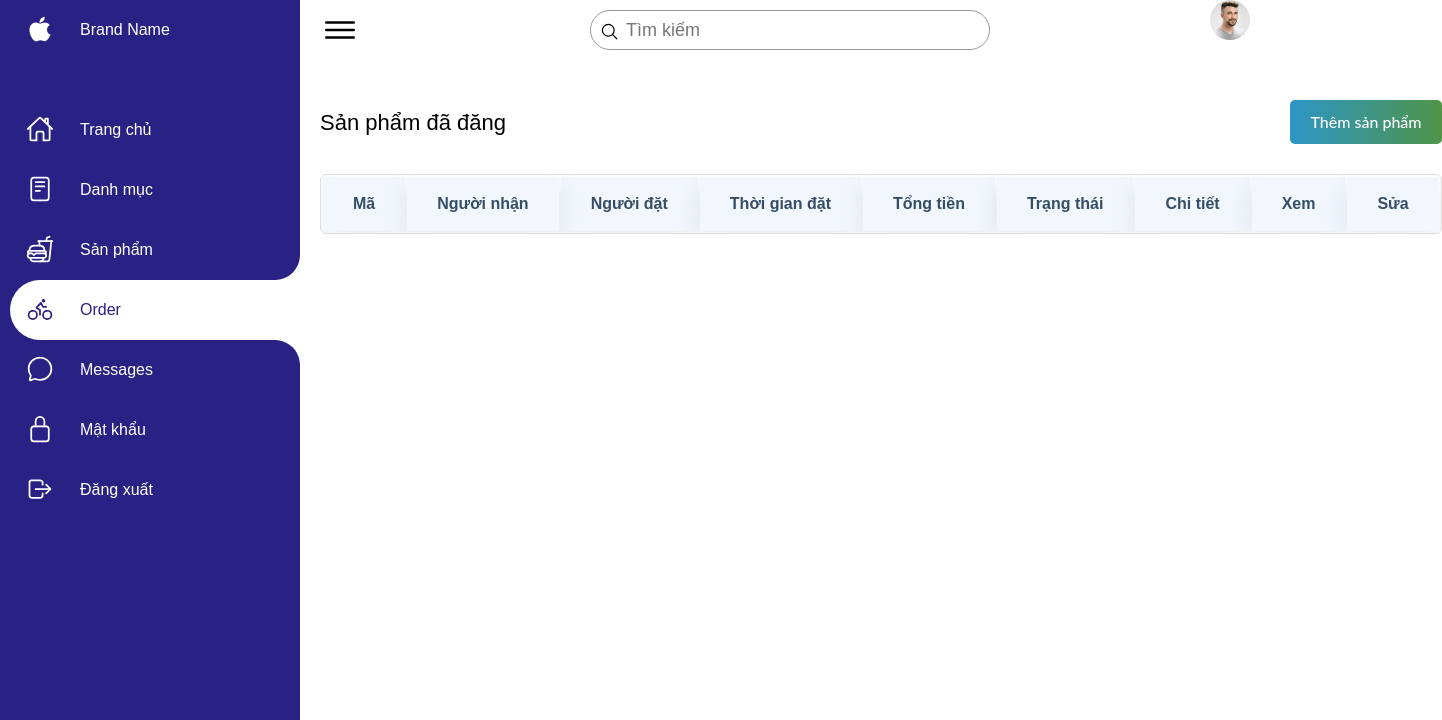
Repository: nguyennam1029/TopFoodNew
Page: http://localhost/admin/orders/index.php
An editor plug-in stored every save of this project. The page is shown before and after the next save, followed by the edit.
The browser window is 1280 px wide. The page is 1442 px wide, then 1346 px, so the pictures cover 1442 px, including what lies to the right of the window. The pictures show the whole page.
Some web fonts or font styles are not loaded; a fallback is used. The page is run by PHP 8.4 with error messages shown; the project is at /var/www/html/. The database holds what the project's SQL file puts in it.

Above is the page before, as saved 2022-08-02 00:02:39.

After the next save:
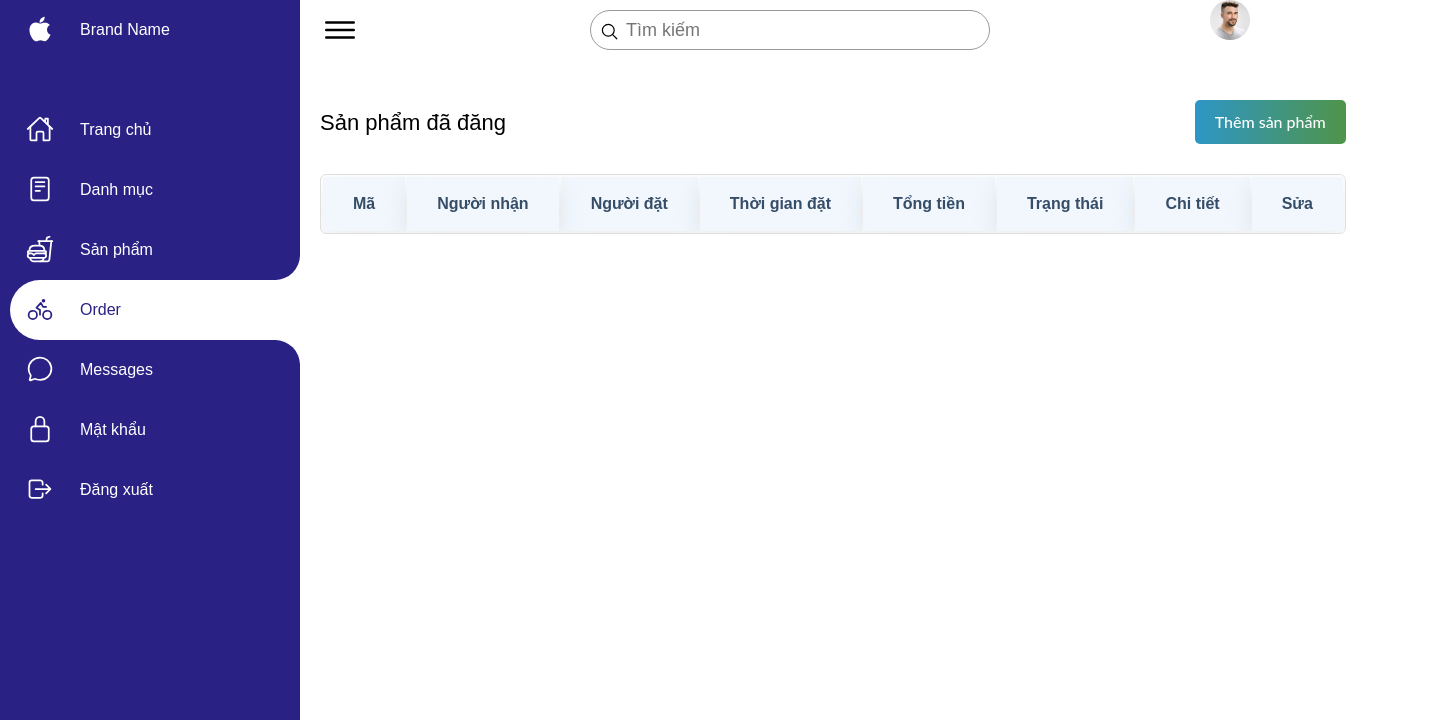
Saved 45 s later.
--- a/admin/orders/index.php
+++ b/admin/orders/index.php
@@ -126,7 +126,6 @@ on user.id = oders.customer_id";
                                     <th>Tổng tiền</th>
                                     <th>Trạng thái</th>
                                     <th>Chi tiết</th>
-                                    <th>Xem</th>
                                     <th>Sửa</th>
                                 </tr>
                             </thead>
